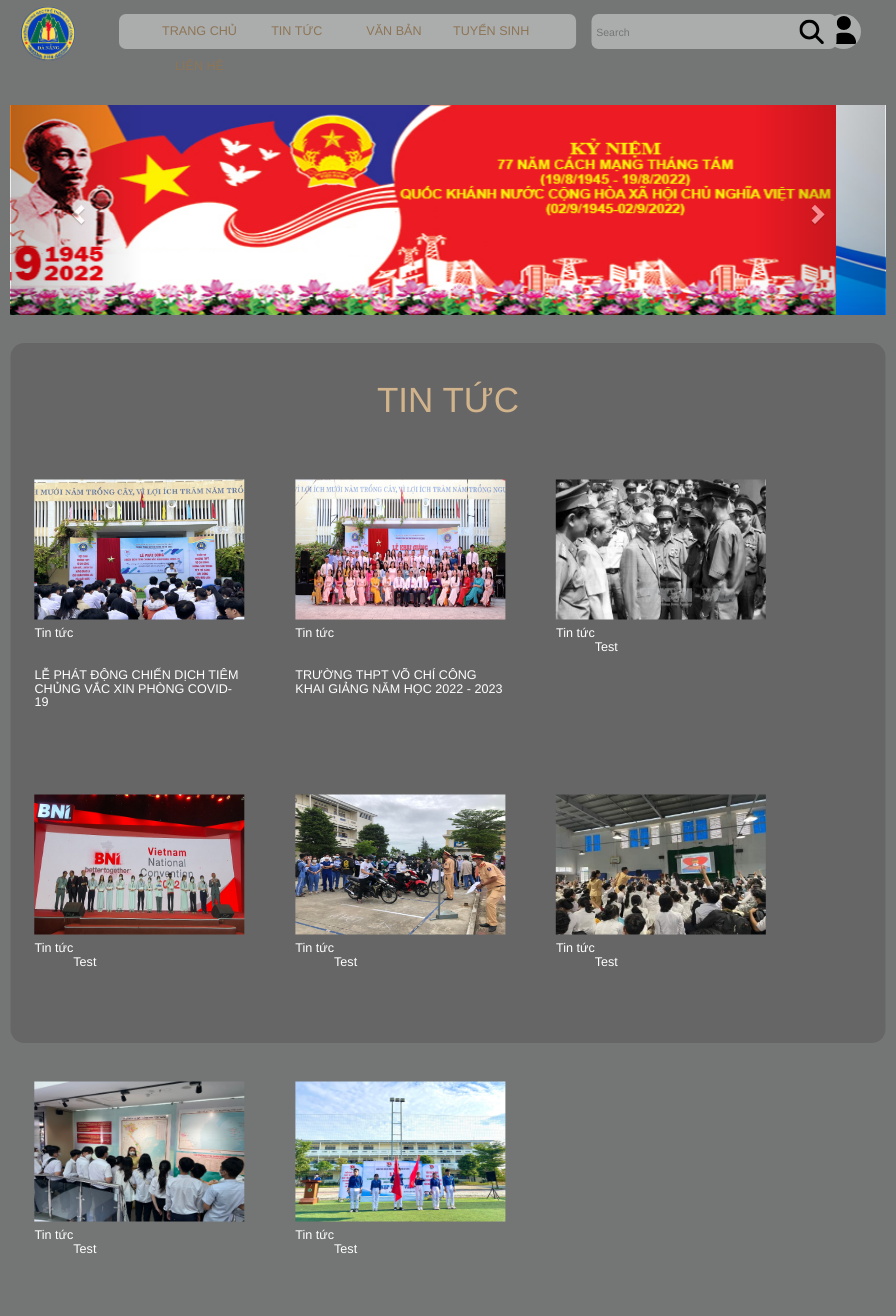
Repository: dphasst17/THPTVCC
Page: index.html
An editor plug-in stored every save of this project. The page is shown before and after the next save, followed by the edit.
The browser window is 1280 px wide. The pictures show the whole page, at 70% of full size.

Above is the page before, as saved 2022-10-02 20:58:35.

After the next save:
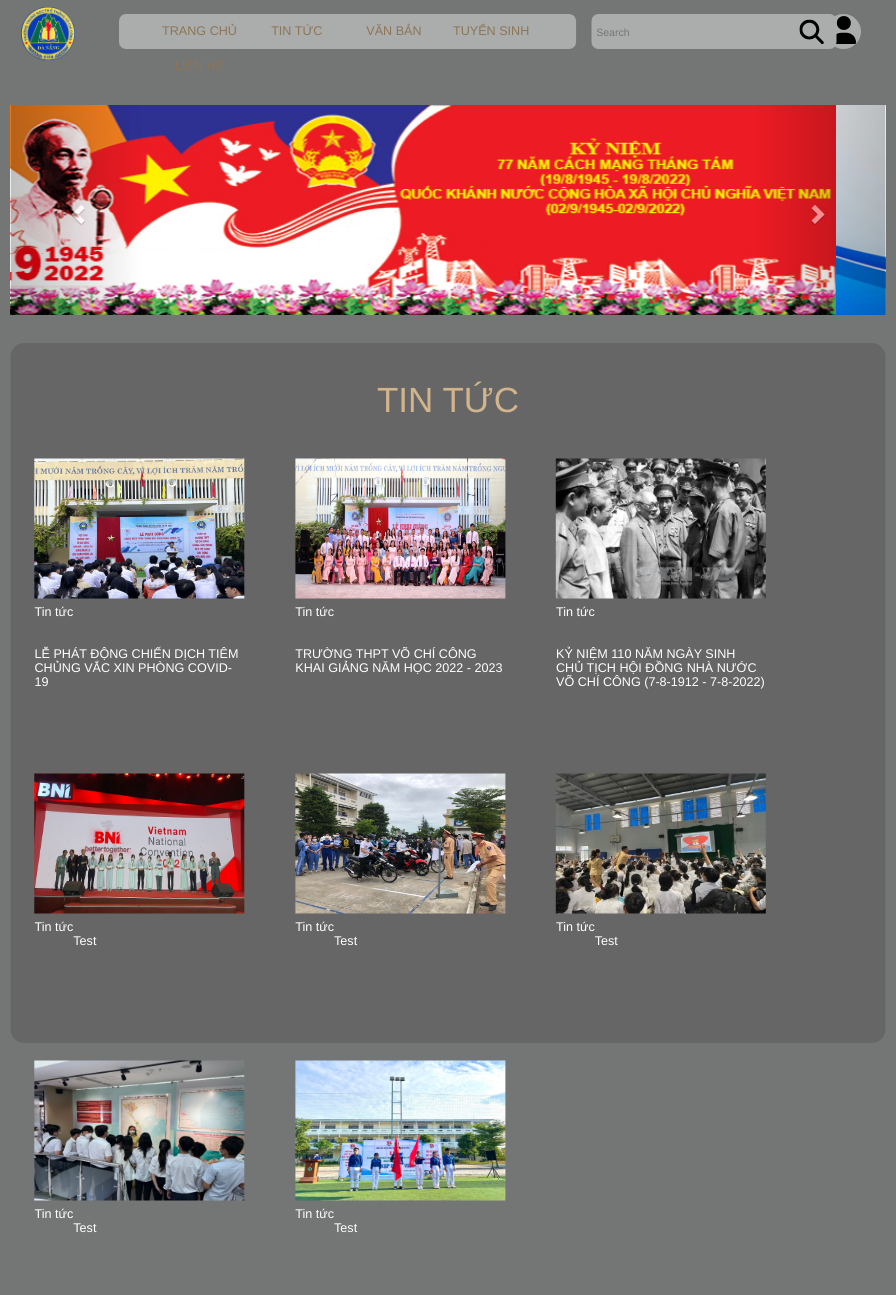
Saved 59 s later.
--- a/index.html
+++ b/index.html
@@ -94,7 +94,7 @@
             <div class="new_container">
                 <img src="img/tintuc/3.jpg" alt="">
                 <h4>Tin tức</h4>
-                <h4><br/>Test</h4>
+                <h4><br/>KỶ NIỆM 110 NĂM NGÀY SINH CHỦ TỊCH HỘI ĐỒNG NHÀ NƯỚC VÕ CHÍ CÔNG (7-8-1912 - 7-8-2022)</h4>
             </div>
 
             <div class="new_container">
